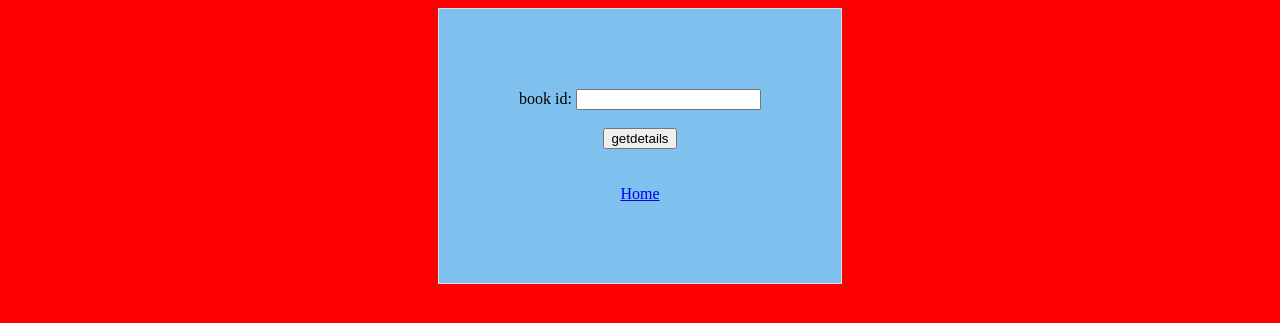
Repository: Saikumar6901/DBSTrainingModules
Page: http://localhost/Bookmanagement/updatefile.jsp
These files come from the project's save history. The page is drawn as it stood at one moment and after the next save; the edit follows.
The browser window is 1280 px wide. The pictures show the whole page.
The page is served by Tomcat 9. Other server files are loaded and not shown.

Above is the page before, as saved 2019-08-12 15:22:16.

### eclipse/Bookmanagement/WebContent/updatefile.jsp
<%@ page language="java" contentType="text/html; charset=ISO-8859-1"
    pageEncoding="ISO-8859-1"%>
<!DOCTYPE html>
<html>
<head>
<meta charset="ISO-8859-1">
<title>Insert title here</title>
<style>
body { text-align: center;
background-color:#ff0000;}
.updateform{
  border: 1px solid #dddddd;
  text-align: left;
  padding: 80px;
  background-color:#7ec0ee;
  display: inline-block;
}
.subbutton,.home{
  margin:auto;
  display:block;
  text-align:center;
}
</style>
</head>
<body>
<form action="updatedetails.jsp" class="updateform">
book id: <input type="text" name="bookid"><br></br>
 <input type="submit" class="subbutton" value="getdetails"><br></br>
 <a href="index.html" class="home">Home</a>
</form>
</body>
</html>

After the next save:
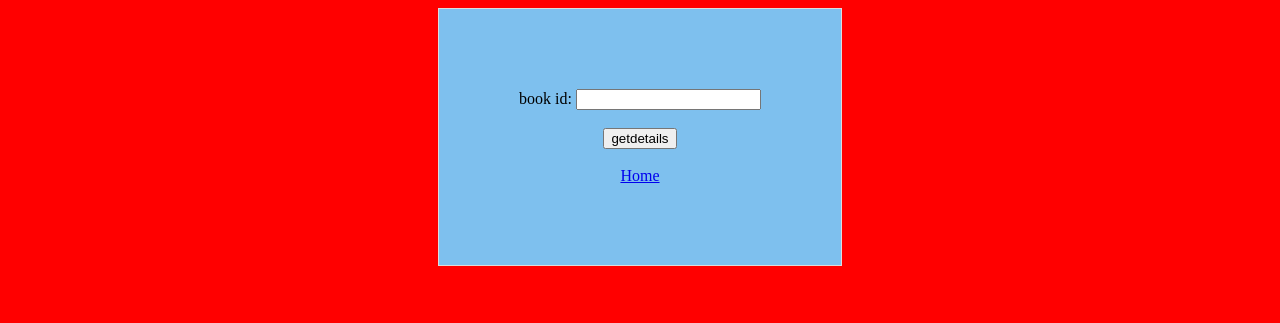
Saved 14 s later.
--- a/eclipse/Bookmanagement/WebContent/updatefile.jsp
+++ b/eclipse/Bookmanagement/WebContent/updatefile.jsp
@@ -25,7 +25,7 @@ background-color:#ff0000;}
 <body>
 <form action="updatedetails.jsp" class="updateform">
 book id: <input type="text" name="bookid"><br></br>
- <input type="submit" class="subbutton" value="getdetails"><br></br>
+ <input type="submit" class="subbutton" value="getdetails"><br>
  <a href="index.html" class="home">Home</a>
 </form>
 </body>
